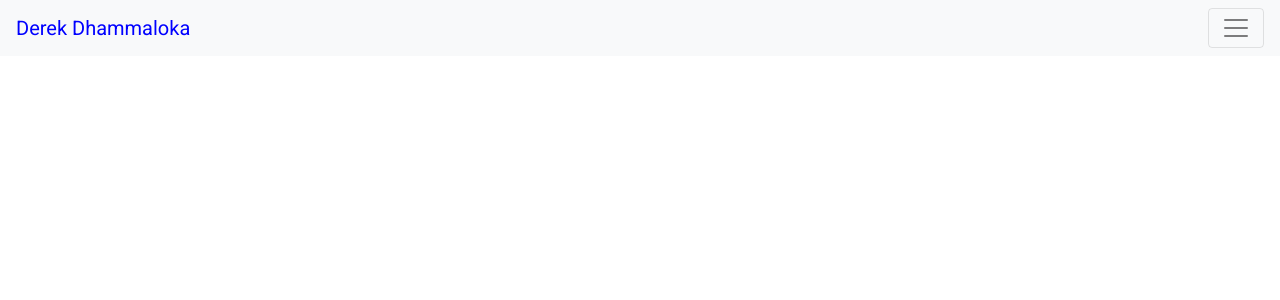
Repository: derektypist/product-landing-page
Page: index.html
The author's editor kept a record of every edit. The page is drawn from the files as they stood at one moment, then again after the next edit.
The browser window is 1280 px wide. The pictures show the whole page.

Above is the page before.

After the next edit:
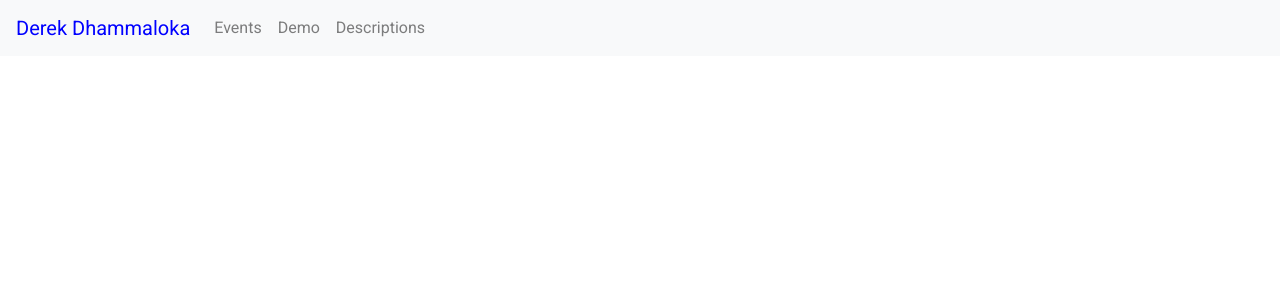
The edit:
--- a/index.html
+++ b/index.html
@@ -31,7 +31,7 @@
     <!-- Set Up Header -->
     <header id="header">
         <!-- Set Up Navigation -->
-        <nav class="navbar navbar-light bg-light fixed-top" id="nav-bar">
+        <nav class="navbar navbar-expand navbar-light bg-light fixed-top" id="nav-bar">
             <a class="navbar-brand mb-0 h1" href="index.html" id="header-img">Derek Dhammaloka</a>
             </a>
             <button class="navbar-toggler" type="button" data-toggle="collapse" data-target="#navbarNav" aria-controls="navbarNav" aria-expanded="false" aria-label="Toggle navigation">
